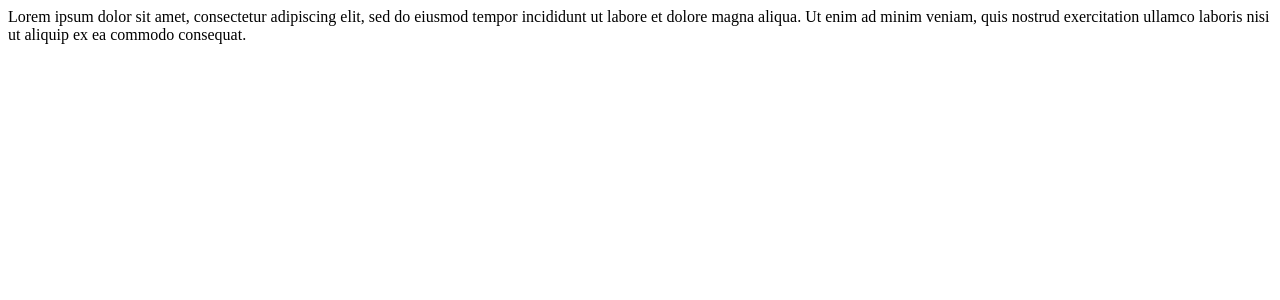
Repository: fnafelipe/TheOdinProject
Page: HTML/working-with-text/index.html
These files come from the project's save history. The page is drawn as it stood at one moment and after the next save; the edit follows.
The browser window is 1280 px wide. The pictures show the whole page.

Above is the page before, as saved 2026-09-02 20:35:16.

After the next save:
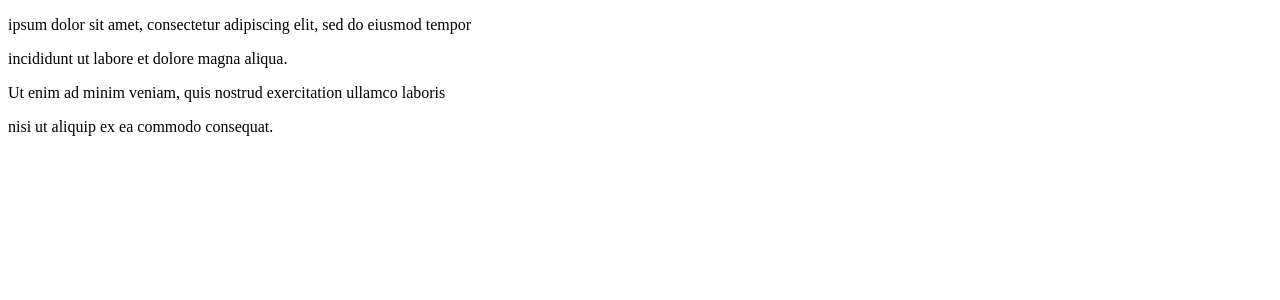
Saved 3 min 16 s later.
--- a/HTML/working-with-text/index.html
+++ b/HTML/working-with-text/index.html
@@ -3,14 +3,14 @@
 <head>
     <meta charset="UTF-8">
     <meta name="viewport" content="width=device-width, initial-scale=1.0">
-    <title>Segunda Pagina</title>
+    <title>Trabalhando com textos</title>
 </head>
 <body>
-  Lorem ipsum dolor sit amet, consectetur adipiscing elit, sed do eiusmod tempor
-  incididunt ut labore et dolore magna aliqua.
+  <p> ipsum dolor sit amet, consectetur adipiscing elit, sed do eiusmod tempor</p>
+  <p>incididunt ut labore et dolore magna aliqua.</p>
 
-  Ut enim ad minim veniam, quis nostrud exercitation ullamco laboris
-  nisi ut aliquip ex ea commodo consequat.
+  <p>Ut enim ad minim veniam, quis nostrud exercitation ullamco laboris</p>
+  <p>nisi ut aliquip ex ea commodo consequat.</p>
 </body>
 
 </html>
